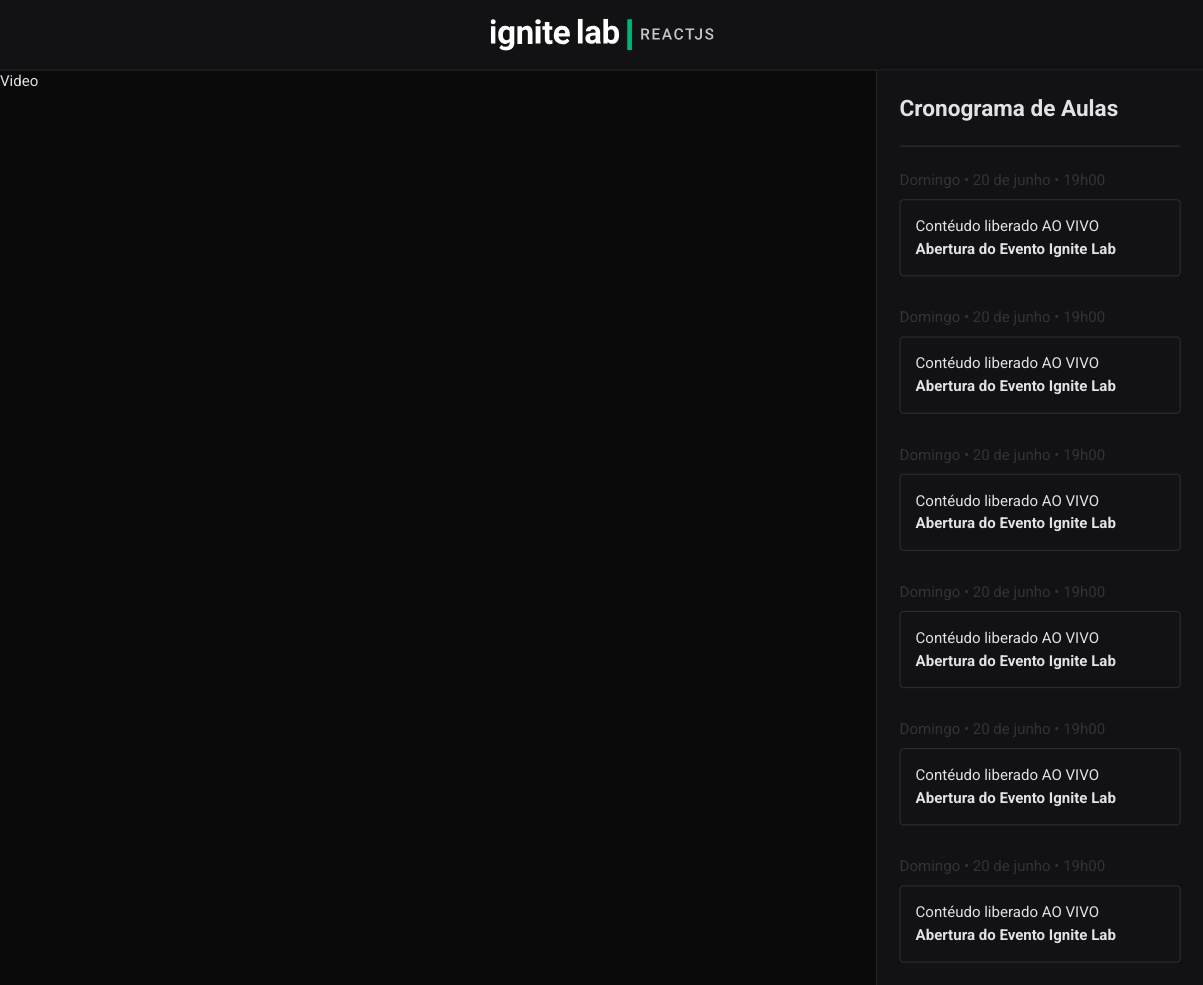
Repository: guilhermecardoso93/ignitelab
Page: /event
These files come from the project's save history. The page is drawn as it stood at one moment and after the next save; the edit follows.
The browser window is 1280 px wide. The pictures show the whole page, at 94% of full size.
The project was rebuilt for these pictures with package versions that can differ from the ones it lists, and the page was loaded fresh each time. Also part of the build but not shown: vite.config.ts.

Above is the page before, as saved 2022-06-22 11:45:33.

After the next save:
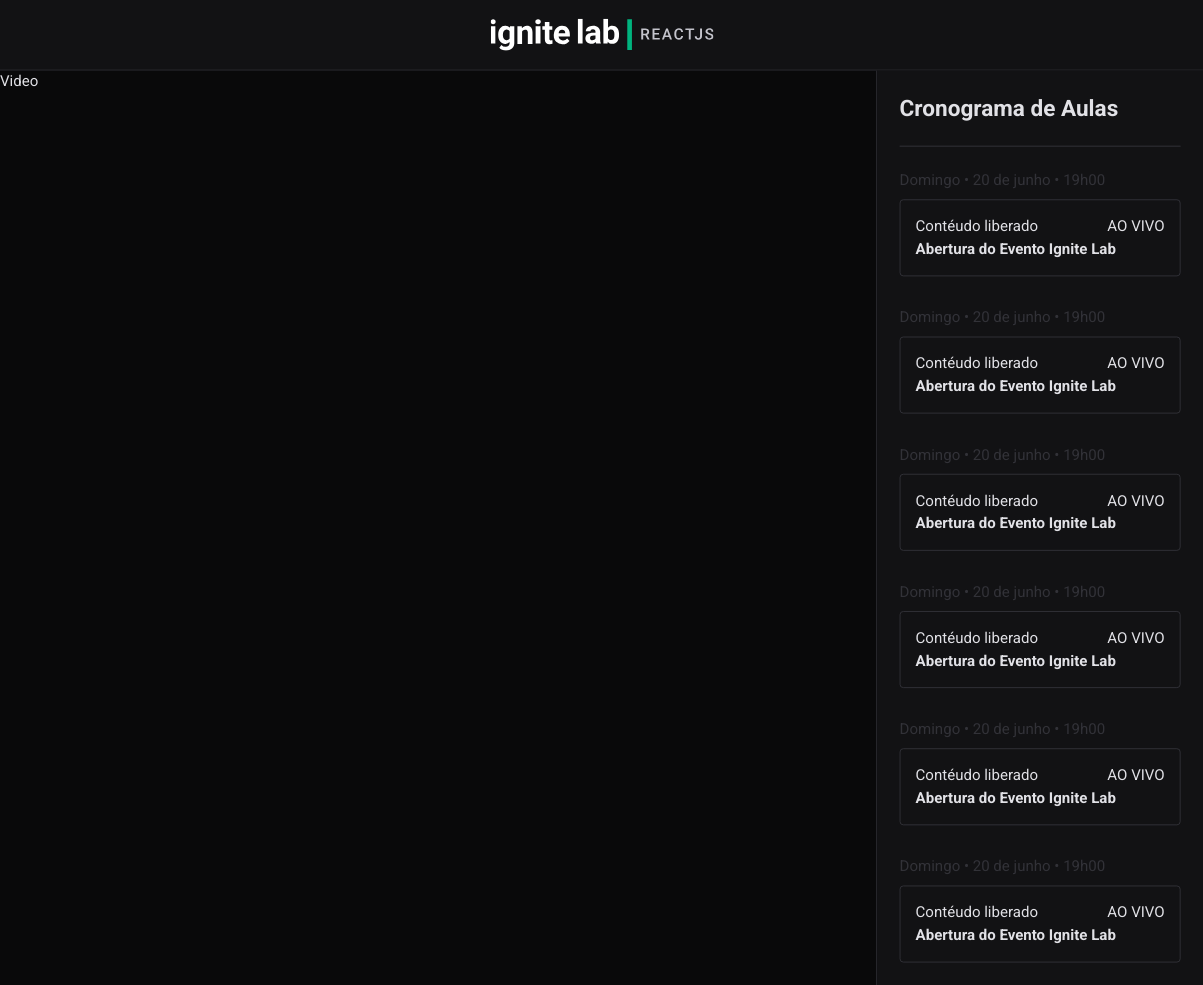
Saved 25 s later.
--- a/src/components/Lesson/index.tsx
+++ b/src/components/Lesson/index.tsx
@@ -6,7 +6,7 @@
       </span>
 
       <div className="rounded border border-gray-500 p-4 mt-2">
-        <header>
+        <header className="flex items-center justify-between">
           <span>Contéudo liberado </span>
           <span> AO VIVO </span>
         </header>
